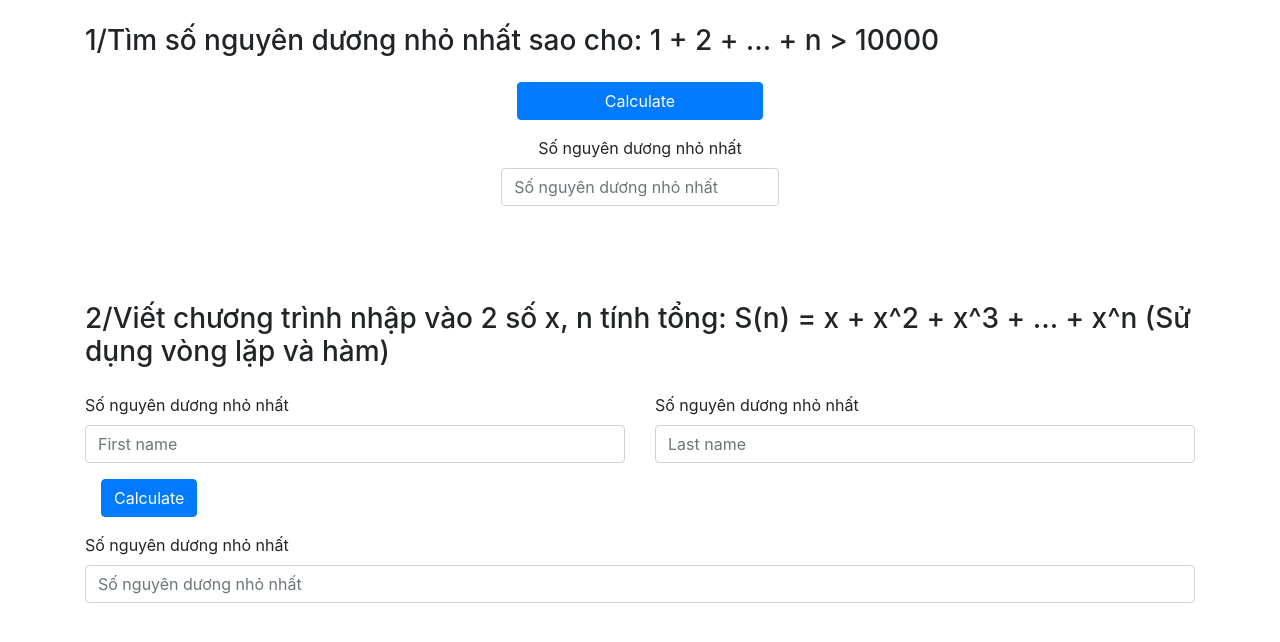
Repository: baobaodeveloper/bootcamp21__loop__HuynhAnhBao
Page: index.html
The author's editor kept a copy of each file at every save. The page is drawn from the files as they stood at one save, then again after the next save.
The browser window is 1280 px wide. The pictures show the whole page.

Above is the page before, as saved 2022-03-16 23:09:42.

### index.html
<!DOCTYPE html>
<html lang="en">
  <head>
    <title>Exercise Js</title>
    <!-- Required meta tags -->
    <meta charset="utf-8" />
    <meta
      name="viewport"
      content="width=device-width, initial-scale=1, shrink-to-fit=no"
    />

    <!-- Bootstrap CSS -->
    <link
      rel="stylesheet"
      href="https://stackpath.bootstrapcdn.com/bootstrap/4.3.1/css/bootstrap.min.css"
      integrity="sha384-ggOyR0iXCbMQv3Xipma34MD+dH/1fQ784/j6cY/iJTQUOhcWr7x9JvoRxT2MZw1T"
      crossorigin="anonymous"
    />
  </head>
  <body>
    <!--1/Tìm số nguyên dương nhỏ nhất sao cho:
    1 + 2 + … + n > 10000-->
    <div class="container mt-4">
      <h3>1/Tìm số nguyên dương nhỏ nhất sao cho: 1 + 2 + … + n > 10000</h3>
      <div class="mb-3 flex-md-column d-flex w-25 m-auto text-center">
        <button type="button" id="min-number" class="btn btn-primary m-3">
          Calculate
        </button>
        <label class="form-label">Số nguyên dương nhỏ nhất</label>
        <input
          type="email"
          class="form-control"
          id="result1"
          placeholder="Số nguyên dương nhỏ nhất"
        />
      </div>
    </div>

    <!--2/Viết chương trình nhập vào 2 số x, n tính tổng: S(n) = x + x^2 + x^3 + … + x^n (Sử
    dụng vòng lặp và hàm)-->
    <div class="container mt-5 pt-5">
      <h3>
        2/Viết chương trình nhập vào 2 số x, n tính tổng: S(n) = x + x^2 + x^3 +
        … + x^n (Sử dụng vòng lặp và hàm)
      </h3>
      <div class="row mt-4">
        <div class="col">
          <label class="form-label">Số nguyên dương nhỏ nhất</label>
          <input type="text" class="form-control" placeholder="First name" />
        </div>
        <div class="col">
          <label class="form-label">Số nguyên dương nhỏ nhất</label>
          <input type="text" class="form-control" placeholder="Last name" />
        </div>
      </div>

      <button type="button" id="min-number" class="btn btn-primary m-3">
        Calculate
      </button>

      <div>
        <label class="form-label">Số nguyên dương nhỏ nhất</label>
        <input
          type="email"
          class="form-control"
          id="result1"
          placeholder="Số nguyên dương nhỏ nhất"
        />
      </div>
    </div>

    <!-- Optional JavaScript -->
    <!-- jQuery first, then Popper.js, then Bootstrap JS -->
    <script
      src="https://code.jquery.com/jquery-3.3.1.slim.min.js"
      integrity="sha384-q8i/X+965DzO0rT7abK41JStQIAqVgRVzpbzo5smXKp4YfRvH+8abtTE1Pi6jizo"
      crossorigin="anonymous"
    ></script>
    <script
      src="https://cdnjs.cloudflare.com/ajax/libs/popper.js/1.14.7/umd/popper.min.js"
      integrity="sha384-UO2eT0CpHqdSJQ6hJty5KVphtPhzWj9WO1clHTMGa3JDZwrnQq4sF86dIHNDz0W1"
      crossorigin="anonymous"
    ></script>
    <script
      src="https://stackpath.bootstrapcdn.com/bootstrap/4.3.1/js/bootstrap.min.js"
      integrity="sha384-JjSmVgyd0p3pXB1rRibZUAYoIIy6OrQ6VrjIEaFf/nJGzIxFDsf4x0xIM+B07jRM"
      crossorigin="anonymous"
    ></script>

    <!-- <script src="exercise1.js"></script> -->
    <script src="exercise2.js"></script>
  </body>
</html>

Loaded but not shown: exercise2.js (no stored copy; drawn as an empty file)

After the next save:
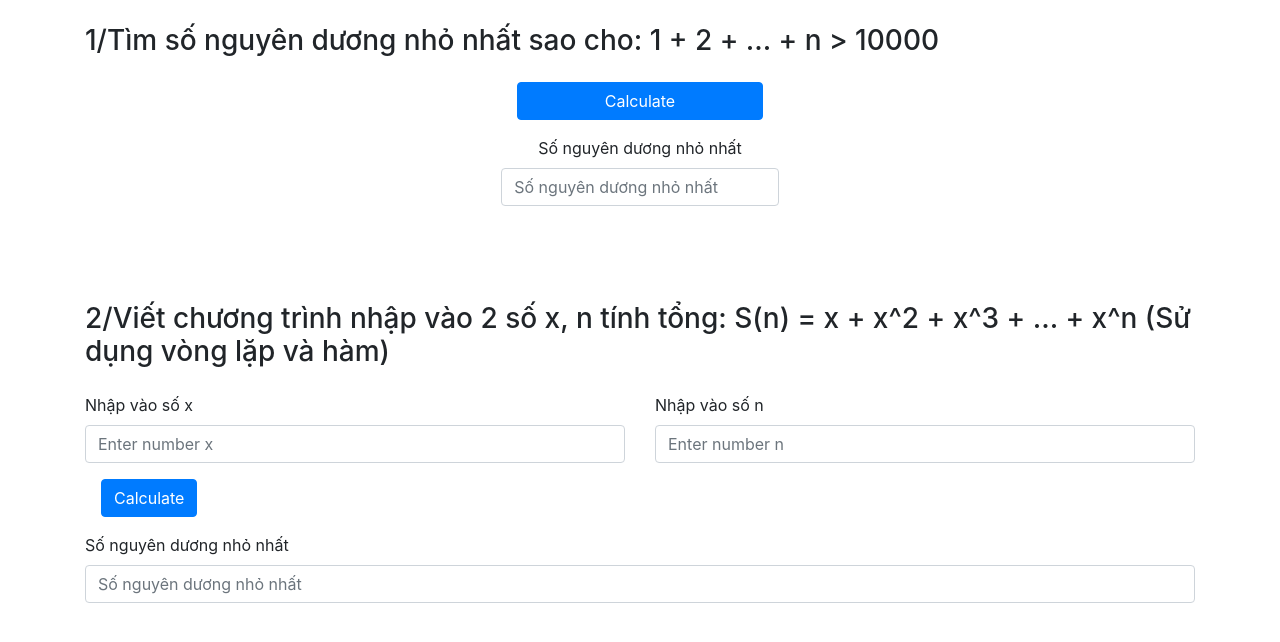
Saved 100 s later.
--- a/index.html
+++ b/index.html
@@ -45,12 +45,20 @@
       </h3>
       <div class="row mt-4">
         <div class="col">
-          <label class="form-label">Số nguyên dương nhỏ nhất</label>
-          <input type="text" class="form-control" placeholder="First name" />
+          <label class="form-label">Nhập vào số x</label>
+          <input
+            type="text"
+            class="form-control"
+            placeholder="Enter number x"
+          />
         </div>
         <div class="col">
-          <label class="form-label">Số nguyên dương nhỏ nhất</label>
-          <input type="text" class="form-control" placeholder="Last name" />
+          <label class="form-label">Nhập vào số n</label>
+          <input
+            type="text"
+            class="form-control"
+            placeholder="Enter number n"
+          />
         </div>
       </div>
 
